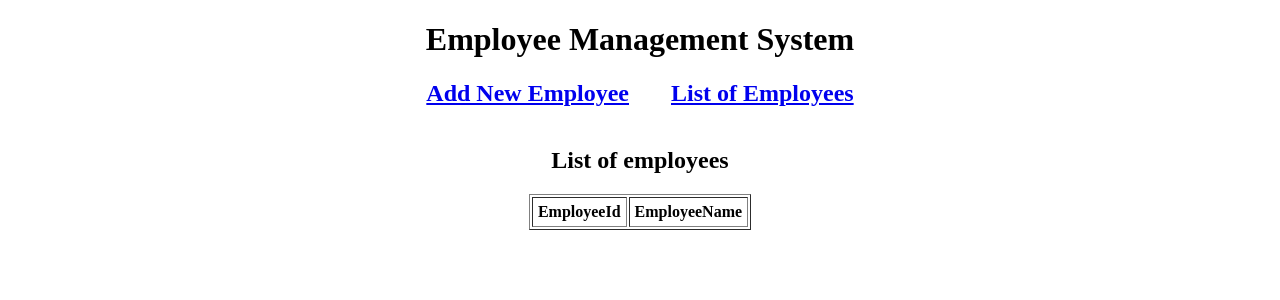
Repository: Swapna-JavaTech/Hibernate-Codes-
Page: http://localhost/EmployeeManagementSystem/employee-list.jsp
An editor plug-in stored every save of this project. The page is shown before and after the next save, followed by the edit.
The browser window is 1280 px wide. The pictures show the whole page.
The page is served by Tomcat 9.

Above is the page before, as saved 2022-01-31 05:52:14.

After the next save:
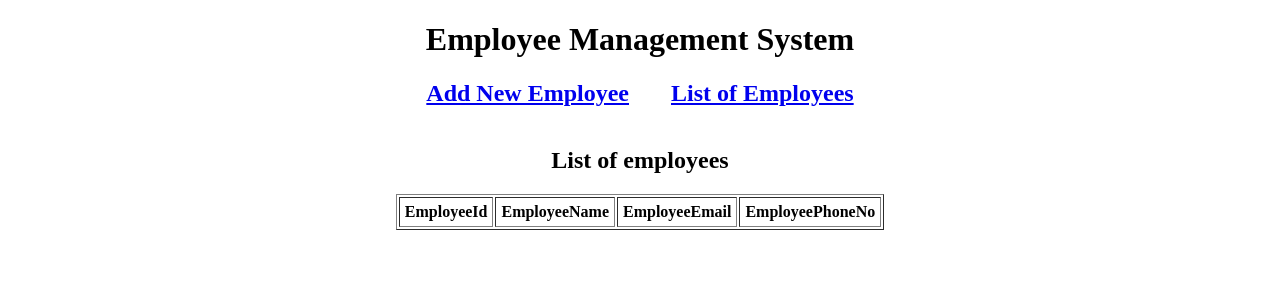
Saved 42 s later.
--- a/EmployeeManagementSystem/src/main/webapp/employee-list.jsp
+++ b/EmployeeManagementSystem/src/main/webapp/employee-list.jsp
@@ -24,6 +24,8 @@
 		<tr>
 			<th>EmployeeId </th>
 			<th>EmployeeName </th>
+			<th>EmployeeEmail </th>
+			<th>EmployeePhoneNo</th>
 		</tr>
 	</table>
 
